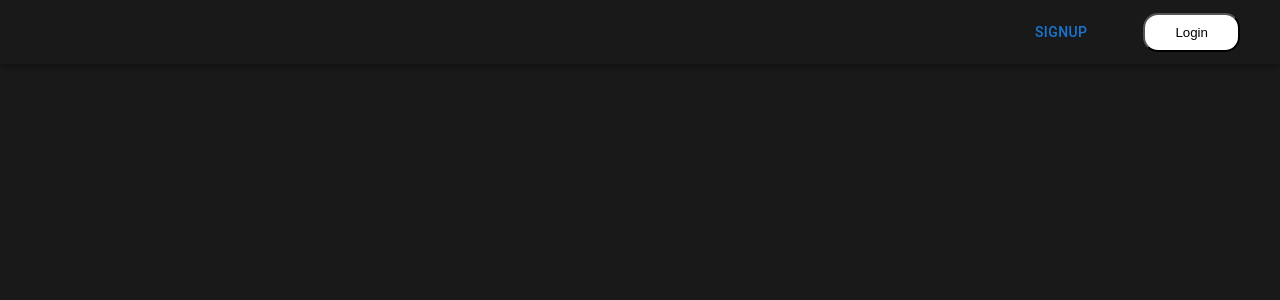
Repository: Armstrong2035/ikigai
Page: / (app in Ikigai/ikigai/)
The author's editor kept a copy of each file at every save. The page is drawn from the files as they stood at one save, then again after the next save.
The browser window is 1280 px wide. The pictures show the whole page.
The project was rebuilt for these pictures with package versions that can differ from the ones it lists, and the page was loaded fresh each time. The framework's server and built-in components were replaced by stand-ins that run in the browser. Also part of the build but not shown: Ikigai/ikigai/next.config.mjs.

Above is the page before, as saved 2024-09-07 11:03:30.

After the next save:
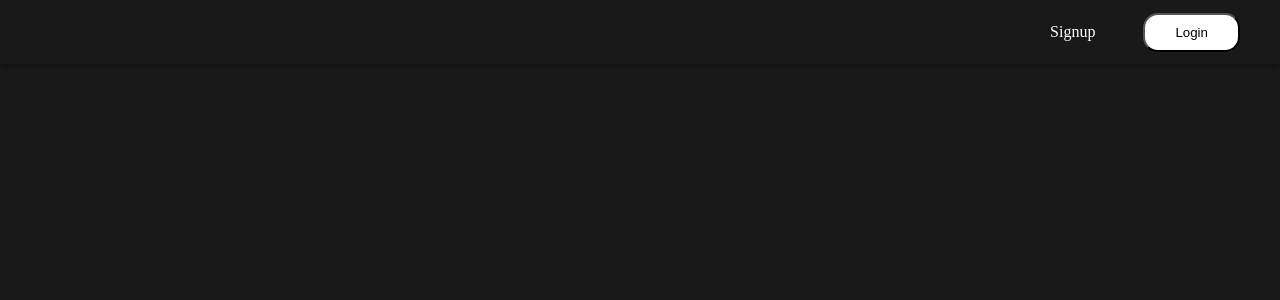
Saved 41 s later.
--- a/Ikigai/ikigai/components/LandingPage/NavBar/NavBar.js
+++ b/Ikigai/ikigai/components/LandingPage/NavBar/NavBar.js
@@ -6,7 +6,7 @@ export default function NavBar() {
       <AppBar sx={{ backgroundColor: "inherit" }}>
         <Stack direction="row" justifyContent={"flex-end"} sx={{ mr: 2 }}>
           <Toolbar>
-            <Button variant="text">Signup</Button>
+            <p>Signup</p>
           </Toolbar>
           <Toolbar>
             <button
